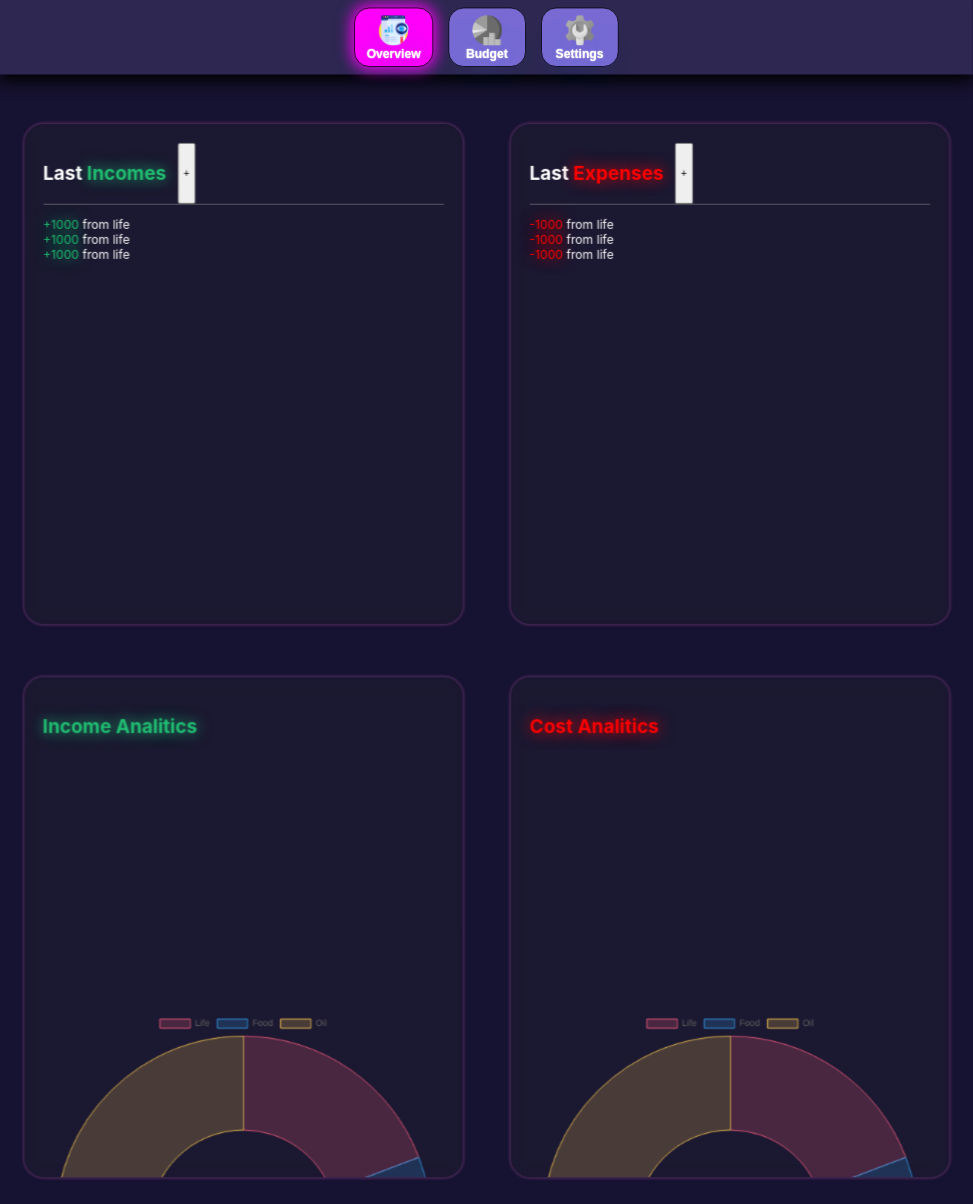
Repository: Minkeani/Money-Manager
Page: /Overview
The author's editor kept a copy of each file at every save. The page is drawn from the files as they stood at one save, then again after the next save.
The browser window is 1280 px wide. The pictures show the whole page, at 76% of full size.
An inner scrolling area shows only its first screen. The project was rebuilt for these pictures with package versions that can differ from the ones it lists, and the page was loaded fresh each time. Also part of the build but not shown: src/components/Budget/Budget.module.css, src/components/Budget/Budget.jsx, src/components/Settings/Settings.jsx, src/components/NotFound/NotFound.module.css, src/components/NotFound/NotFound.jsx.

Above is the page before, as saved 2022-07-17 18:35:11.

### src/index.js
import React from 'react';
import ReactDOM from 'react-dom/client';
import './styles/index.css'
import App from './App';

const root = ReactDOM.createRoot(document.getElementById('root'));
root.render(
    <App />
);

### src/styles/index.css
:root {
  --color-theme: #161231;
	--color-white: #fff;
	--color-black: #000;
	--color-dark-gray: #10100e;
	--color-yellow: #ffff00;
	--color-blue: #6884fb;
	--color-red: #f75d83;
	--font-bold: 600;
	--color-violet: #ae72c2;
	--text-shadow-yellow:
		0 0 2px var(--color-white),
		0 0 40px var(--color-blue);

	--spacing-medium: 20px;

	--spacing-small: 10px;

	--spacing-ultra-small: 5px;

	--spacing-large: 30px;

	--font-family-main: sans-serif;

	--border-radius-small: 3px;

	--border-radius-medium: 5px;

	--margin-list: 7px;

	--font-size-main: 16px;

	--font-size-header: 26px;

	--font-size-subheader: 18px;

	/* Theme */
	--theme-light-header: #dfe2df;

	--theme-dark-header: #ca6ca6;

	--theme-neitral-header: #cccc46;

	--theme-default-header: var(--theme-neitral-header);

	--transition: .4s;

	--theme-light-bg-img: linear-gradient(to top, #b7b7b7, #a396b0, #9a72a0, #984986, #960062);

	--theme-dark-bg-img:  linear-gradient(to top, #6a2b60, #532143, #3b192b, #221118, #000000);

	--width-max: 1200px

}
body {
  margin: 0;
	padding: 0;
	background-color: var(--color-theme);
  font-family: -apple-system, BlinkMacSystemFont, 'Segoe UI', 'Roboto', 'Oxygen',
    'Ubuntu', 'Cantarell', 'Fira Sans', 'Droid Sans', 'Helvetica Neue',
    sans-serif;
  -webkit-font-smoothing: antialiased;
  -moz-osx-font-smoothing: grayscale;
}

code {
  font-family: source-code-pro, Menlo, Monaco, Consolas, 'Courier New',
    monospace;
}

### src/App.js
import styles from './App.module.css';
import Header from './components/Header/Header';
import RoutesConfig from './routes/RoutesConfig';
import { Routes, Route, BrowserRouter, Router } from 'react-router-dom';

function App() {
  return (
    <div className={styles.App}>
      <BrowserRouter>
        <div className={styles.wrapper}>
          <Header/>
            <Routes>
              {RoutesConfig.map((route, index) => (
                <Route
                  key={index}
                  exact={route.exact}
                  element={<route.element/>}
                  path={route.path}
                />
              ))}
            </Routes>
        </div>
      </BrowserRouter>
    </div>
  );
}

export default App;

### src/App.module.css
.App {
  text-align: center;
  display: flex;
  justify-content: center;
  align-items: center;
  margin: 0 auto;
}

.App-logo {
  height: 40vmin;
  pointer-events: none;
}

.wrapper {
  width: 100%;
}

@media (prefers-reduced-motion: no-preference) {
  .App-logo {
    animation: App-logo-spin infinite 20s linear;
  }
}

.App-header {
  background-color: #282c34;
  min-height: 100vh;
  display: flex;
  flex-direction: column;
  align-items: center;
  justify-content: center;
  font-size: calc(10px + 2vmin);
  color: white;
}

.App-link {
  color: #61dafb;
}

@keyframes App-logo-spin {
  from {
    transform: rotate(0deg);
  }
  to {
    transform: rotate(360deg);
  }
}

### src/components/Header/Header.jsx
import React, {useState} from 'react'
import styles from './Header.module.scss'
import { Link } from 'react-router-dom';
import Budget from '../../icons/budget.svg'
import overview from '../../icons/Overview.svg'
import settings from '../../icons/settings.svg'
import { motion } from "framer-motion";


export default function Header() {
  const [active, setActive] = useState(1)

  const HeaderAnimation = {
    hidden: {
      y: 100,
      opacity: 0
    },
    visible: custom => ({
      y: 0,
      opacity: 1,
      transition: {delay: custom * 0.2}
    })
  };


  return (
    <motion.div
      initial="hidden"
      whileInView="visible"
      viewport={{ amount: 0.3, once: true }}
      variants={HeaderAnimation}
      className={styles.container}>
    <ul className={styles.list__container}>
        <li
          onClick={() => setActive(1)}
          className={active === 1 ? styles.active : ''}
        >
            <Link to='/Overview' exact='true' >
                 <img src={overview} alt="" />
                Overview</Link>
        </li>
        <li
          onClick={() => setActive(2)}
          className={active === 2 ? styles.active : ''}
          >
            <Link to='/Budget' exact='true' >
               <img src={Budget} alt="" />
              Budget</Link></li>
        <li
           onClick={() => setActive(3)}
           className={active === 3 ? styles.active : ''}
          >
            <Link to="/Settings" exact='true'>
              <img src={settings} alt="" />
              Settings</Link></li>
    </ul>

    </motion.div>
  )
}

### src/routes/RoutesConfig.js
import Budget from "../components/Budget/Budget"
import Overview from "../components/Overview/Overview"
import Settings from "../components/Settings/Settings"
import NotFound from "../components/NotFound/NotFound"

const RoutesConfig = [
    {
        path: '/Budget',
        exact: true,
        element: Budget
    },
    {
        path: '/Overview',
        exact: true,
        element: Overview
    },
    {
        path: '/Settings',
        exact: true,
        element: Settings
    }, {
        path: '/NotFound',
        exact: true,
        element: NotFound
    },

]

export default RoutesConfig

### src/components/Header/Header.module.scss
.container {
    display: flex;
    align-items: center;
    justify-content: center;
    margin-bottom: var(--spacing-large);
    background-color: #2d2751;
    width: 100%;
    box-shadow: 0px 7px 20px 2px ;
}
.list__container {
    display: flex;
    flex-wrap: wrap;
    margin: 0;
    padding: 0;
    list-style-type: none;
}

.list__container li {
    background-color: #7869d3;
    flex-direction: column;
    border: 1px solid black;
    margin: 10px;
    border-radius: 20px;
    cursor: pointer
}

.list__container li:hover {
    background-color: #dd6edb;

}



.list__container a {
    display: flex;
    align-items: center;
    flex-direction: column;
    margin: 0 10px;
    padding: 5px 3px;
    min-width: 70px;
    border: 2px solid transparent;
    border-radius: var(--border-radius-small);
    color: var(--color-white);
    text-align: center;
    font-family: var(--font-family-main);
    text-decoration: none;
    font-weight: var(--font-bold);
    text-shadow: var(--text-shadow-yellow);
    transition: var(--transition);
}

.list__container .active {
    background-color: #ff00fa;
    box-shadow: 0 0 20px 3px #ff00fa;
     img {
        filter: grayscale(0);
    }

}



.list__container img {
    height: 2.5rem;
    margin: 0.1375rem;
    width: 2.5rem;
    filter: grayscale(1);
}
.list__container :global(a.active) {
    border: 2px solid var(--color-violet);
    color: var(--color-violet);
    text-shadow: none;
}

.logo {
    width: 60px;
    height: 60px;
    margin-right: var(--spacing-large);
    object-fit: cover;
    object-position: center center;
}

@media (max-width: 365px) {
    .list__container a {
        min-width: 65px;
    }
  }

### src/components/Overview/Overview.jsx
import React from 'react'
import OverviewBlock from '../OverviewBlocks/OverviewBlock/OverviewBlock'
import styles from './Overview.module.css'
import Charts from '../OverviewBlocks/OverviewCharts/Charts'

// const [blocks, setBlocks] = useState([
//   {type: 'Incomes', sign: '+', classes: 'money', array:  [{money: 1000, category: 'life'}, {money: 1000, category: 'life'}, {money: 1000, category: 'life'}]},
//   {type: 'Expenses', sign: '-', classes: 'Remoney', array:  [{money: 1000, category: 'life'}, {money: 1000, category: 'life'}, {money: 1000, category: 'life'}]}
// ])

export const data = [ {
  labels: ['Life', 'Food', 'Oil'],
  type: 'Incomes',
  Analitic: 'Income',
  sign: '+',
  classes: 'money',
  datasets: [
    {
      label: '# of Votes',
      data: [1000, 2500, 1700],
      backgroundColor: [
        'rgba(255, 99, 132, 0.2)',
        'rgba(54, 162, 235, 0.2)',
        'rgba(255, 206, 86, 0.2)',
        'rgba(75, 192, 192, 0.2)',
        'rgba(153, 102, 255, 0.2)',
        'rgba(255, 159, 64, 0.2)',
      ],
      borderColor: [
        'rgba(255, 99, 132, 1)',
        'rgba(54, 162, 235, 1)',
        'rgba(255, 206, 86, 1)',
        'rgba(75, 192, 192, 1)',
        'rgba(153, 102, 255, 1)',
        'rgba(255, 159, 64, 1)',
      ],
      borderWidth: 1,
    },
  ],
},
{
  labels: ['Life', 'Food', 'Oil'],
  type: 'Expenses',
  Analitic: 'Сost',
  sign: '-',
  classes: 'Remoney',
  datasets: [
    {
      label: '# of Votes',
      data: [1000, 2500, 1700],
      backgroundColor: [
        'rgba(255, 99, 132, 0.2)',
        'rgba(54, 162, 235, 0.2)',
        'rgba(255, 206, 86, 0.2)',
        'rgba(75, 192, 192, 0.2)',
        'rgba(153, 102, 255, 0.2)',
        'rgba(255, 159, 64, 0.2)',
      ],
      borderColor: [
        'rgba(255, 99, 132, 1)',
        'rgba(54, 162, 235, 1)',
        'rgba(255, 206, 86, 1)',
        'rgba(75, 192, 192, 1)',
        'rgba(153, 102, 255, 1)',
        'rgba(255, 159, 64, 1)',
      ],
      borderWidth: 1,
    },
  ],
}
]

export default function Overview() {
  return (
    <div className={styles.container}>
      <OverviewBlock/>
      <Charts/>
    </div>
  )
}

### src/components/OverviewBlocks/OverviewBlock/OverviewBlock.jsx
import React, {useState} from 'react';
import styles from './Overview.module.css'

const OverviewBlock = () => {
    const [blocks, setBlocks] = useState([
        {type: 'Incomes', sign: '+', classes: 'money', array:  [{money: 1000, category: 'life'}, {money: 1000, category: 'life'}, {money: 1000, category: 'life'}]},
        {type: 'Expenses', sign: '-', classes: 'Remoney', array:  [{money: 1000, category: 'life'}, {money: 1000, category: 'life'}, {money: 1000, category: 'life'}]}
])

    return (
        <>
            {blocks.map(({type, sign, classes, array}) => (
                    <div className={styles.container}>
                        <div className={styles.headerCont}>
                            <h3 className={styles.title}>Last <span className={classes === 'money' ? styles.money : styles.Remoney}>{type}</span></h3>
                            <button className={styles.btn}>+</button>
                        </div>

                        <div className={styles.dilivar}></div>
                            <ul className={styles.list}>
                                    {array.map(({money, category}) => (
                                        <li><span className={classes === 'money' ? styles.money : styles.Remoney}>{sign}{money}</span> from <span>{category}</span></li>
                                    ))}
                            </ul>
                        </div>
            )
            )}

        </>
    );
}

export default OverviewBlock;

### src/components/Overview/Overview.module.css
.container {
    display: grid;
    grid-template-columns: 1fr 1fr;
    grid-template-rows: 1fr 1fr;
    padding: 10px;
    gap: 20px 20px;
    justify-items: center;
}

@media (max-width: 900px) {
    .container  {
        grid-template-columns: 1fr;
        grid-template-rows: 1fr 1fr;
    }
  }

### src/components/OverviewBlocks/OverviewCharts/Charts.jsx
import React, {useEffect} from 'react'
import styles from '../OverviewBlock/Overview.module.css'
import { Chart as ChartJS, ArcElement, Tooltip, Legend } from 'chart.js';
import { Doughnut } from 'react-chartjs-2';
import {data} from '../../Overview/Overview'

ChartJS.register(ArcElement, Tooltip, Legend);


export default function Charts() {



  return (
    <>
        {data.map( (item) => (
            <div className={styles.container}>
                <h3 className={styles.title}><span className={item.classes === 'money' ? styles.money : styles.Remoney}>{item.Analitic} Analitics</span></h3>
                <div className={styles.dilivar}></div>
                <Doughnut data={item} />
            </div>
        ))}

    </>
  )
}

### src/components/OverviewBlocks/OverviewBlock/Overview.module.css
.container {
    display: flex;
    flex-direction: column;
    align-items: start;
    overflow-y: auto;
    border-radius: 1.5625rem;
    width: 85%;
    padding: 25px;
    margin: 25px;
    background: rgba(50, 50, 50, 0.2);
    backdrop-filter: blur(10px);
    box-shadow: 0 0 5px 0px #8e4a8e;
    color: white;
}

.headerCont {
    lign-items: center;
    display: flex;
    justify-content: space-between;
}

.title {
    color: #fff;
    font-size: 1.5625rem;
    flex: 1 0 60%;
    margin-right: 0.9375rem;
}

.dilivar {
    background-color: #707175;
    height: 1px;
    width: 100%;
}

.money {
    color: #21bf73;
    text-shadow: 0 0 20px #21bf73;
}

.Remoney {
    color: red;
    text-shadow: 0 0 20px red;
}

.list {
    list-style-type: none;
    padding: 0;
}

Loaded but not shown: public/index.html (common file)

After the next save:
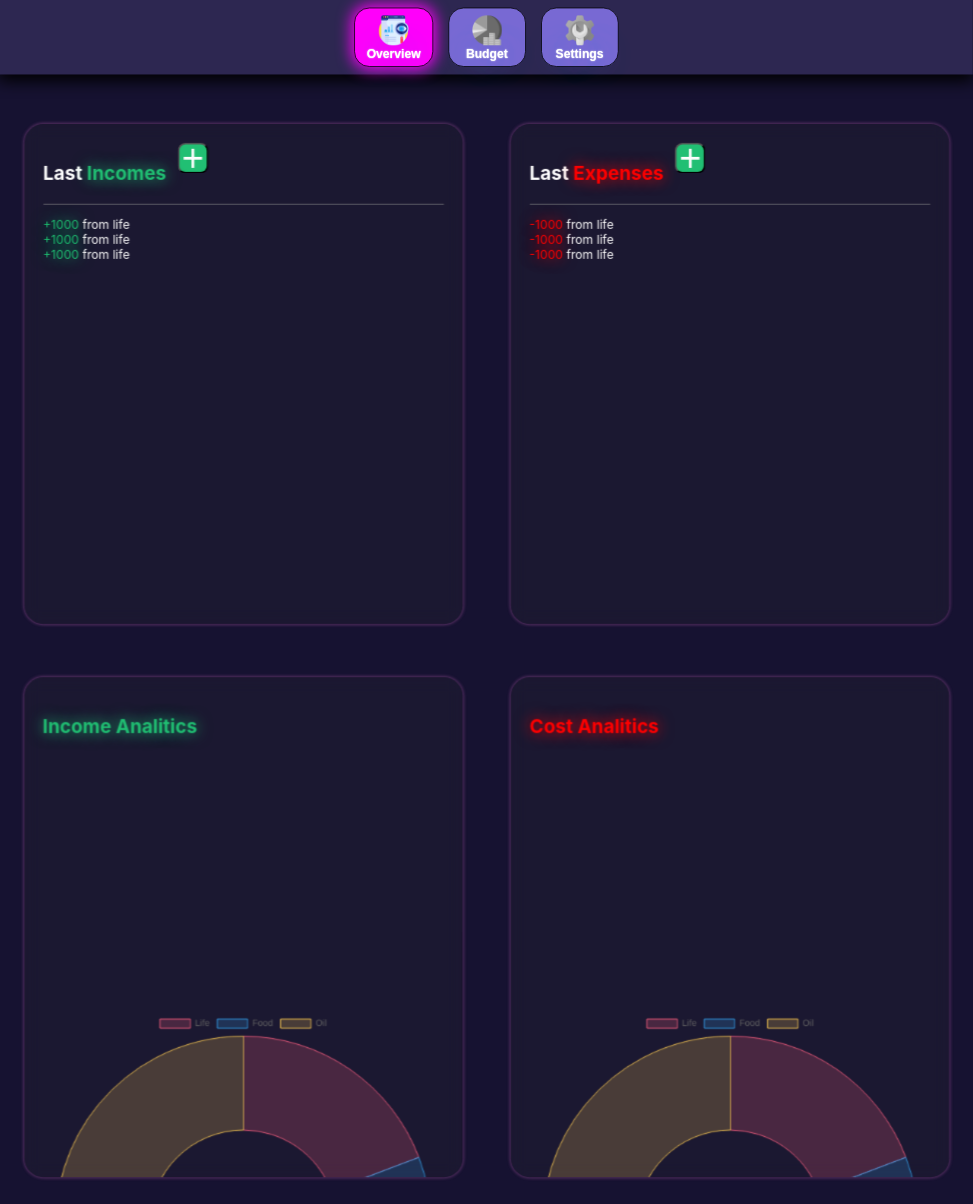
Saved 7 s later.
--- a/src/components/OverviewBlocks/OverviewBlock/Overview.module.css
+++ b/src/components/OverviewBlocks/OverviewBlock/Overview.module.css
@@ -17,6 +17,20 @@
     lign-items: center;
     display: flex;
     justify-content: space-between;
+}
+
+.btn {
+    align-items: center;
+    background-color: #21bf73;
+    border-radius: 0.625rem;
+    box-shadow: 0 5px 25px 3pxrgba(33,191,115,.25);
+    color: #fff;
+    display: flex;
+    font-size: 3.125rem;
+    height: 2.5rem;
+    justify-content: center;
+    padding: 0.3125rem;
+    width: 2.5rem;
 }
 
 .title {

After the 2 saves that followed:
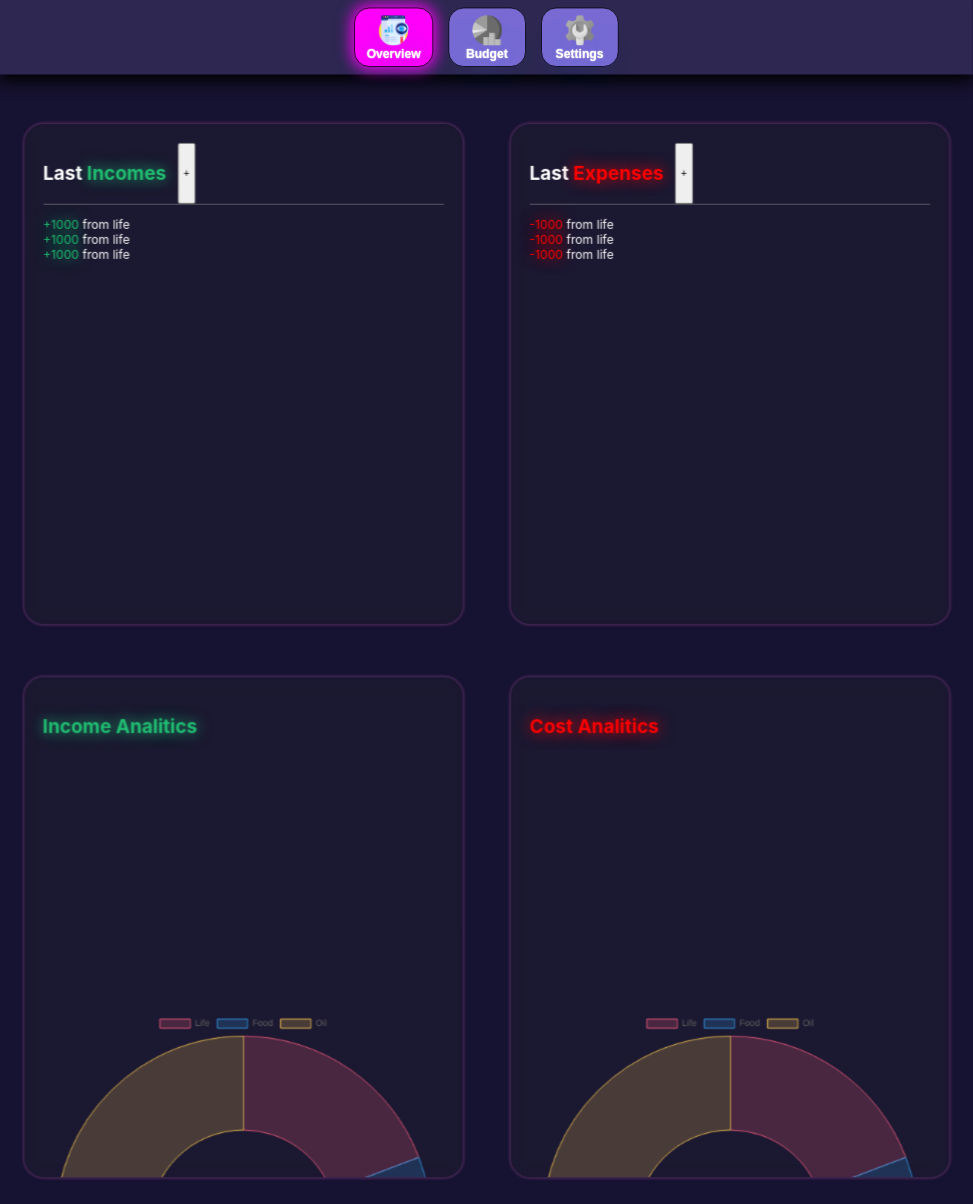
The 2 saves are shown as one change because 1 left the picture as it was.
The last was saved 43 s later.
--- a/src/components/OverviewBlocks/OverviewBlock/Overview.module.css
+++ b/src/components/OverviewBlocks/OverviewBlock/Overview.module.css
@@ -20,17 +20,7 @@
 }
 
 .btn {
-    align-items: center;
-    background-color: #21bf73;
-    border-radius: 0.625rem;
-    box-shadow: 0 5px 25px 3pxrgba(33,191,115,.25);
-    color: #fff;
-    display: flex;
-    font-size: 3.125rem;
-    height: 2.5rem;
-    justify-content: center;
-    padding: 0.3125rem;
-    width: 2.5rem;
+
 }
 
 .title {
